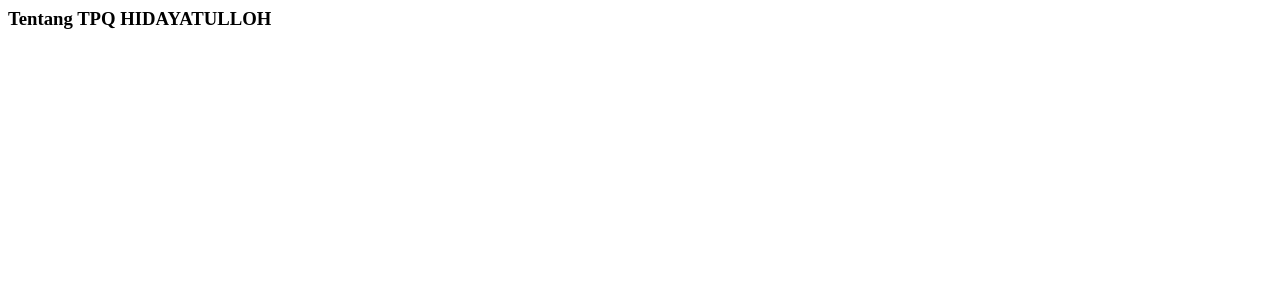
Repository: AHSANS354/tugas-sib5
Page: tugas/about.html
An editor plug-in stored every save of this project. The page is shown before and after the next save, followed by the edit.
The browser window is 1280 px wide. The pictures show the whole page.

Above is the page before, as saved 2023-08-28 15:37:07.

### tugas/about.html
<body>
  <div class="container">
    <div class="row">
      <div class="col">
        <h3>Tentang TPQ HIDAYATULLOH</h3>
      </div>
    </div>
  </div>
</body>

After the next save:
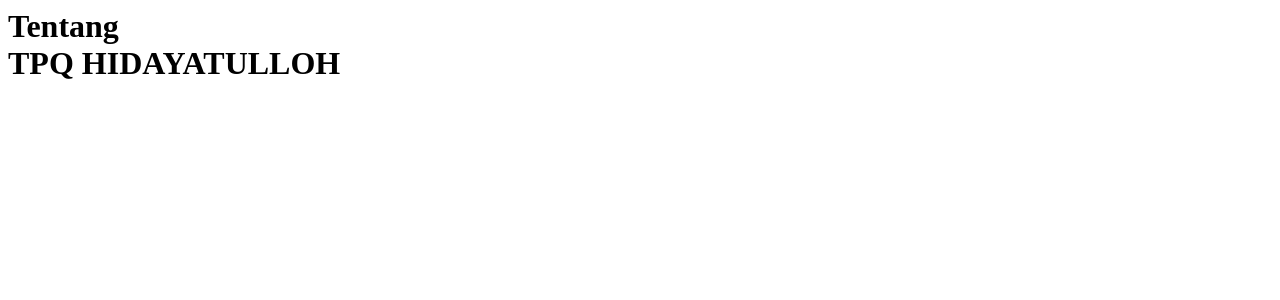
Saved 64 s later.
--- a/tugas/about.html
+++ b/tugas/about.html
@@ -2,7 +2,10 @@
   <div class="container">
     <div class="row">
       <div class="col">
-        <h3>Tentang TPQ HIDAYATULLOH</h3>
+        <h1>
+          Tentang <br />
+          <strong>TPQ HIDAYATULLOH</strong>
+        </h1>
       </div>
     </div>
   </div>
